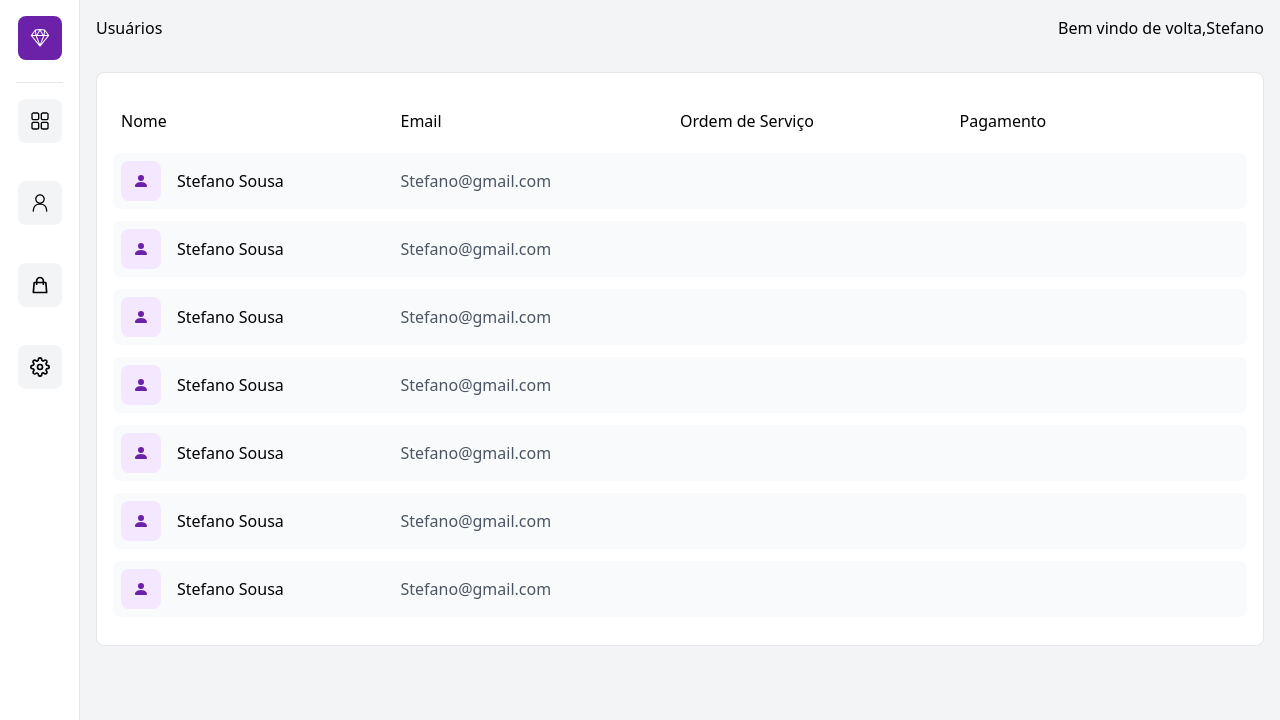
Repository: stefanosousaa/dashboard-next13
Page: /costumers
An editor plug-in stored every save of this project. The page is shown before and after the next save, followed by the edit.
The browser window is 1280 px wide. The pictures show the whole page.
The project was rebuilt for these pictures with package versions that can differ from the ones it lists, and the page was loaded fresh each time. The framework's server and built-in components were replaced by stand-ins that run in the browser. Also part of the build but not shown: next.config.js.

Above is the page before, as saved 2023-05-16 19:33:24.

After the next save:
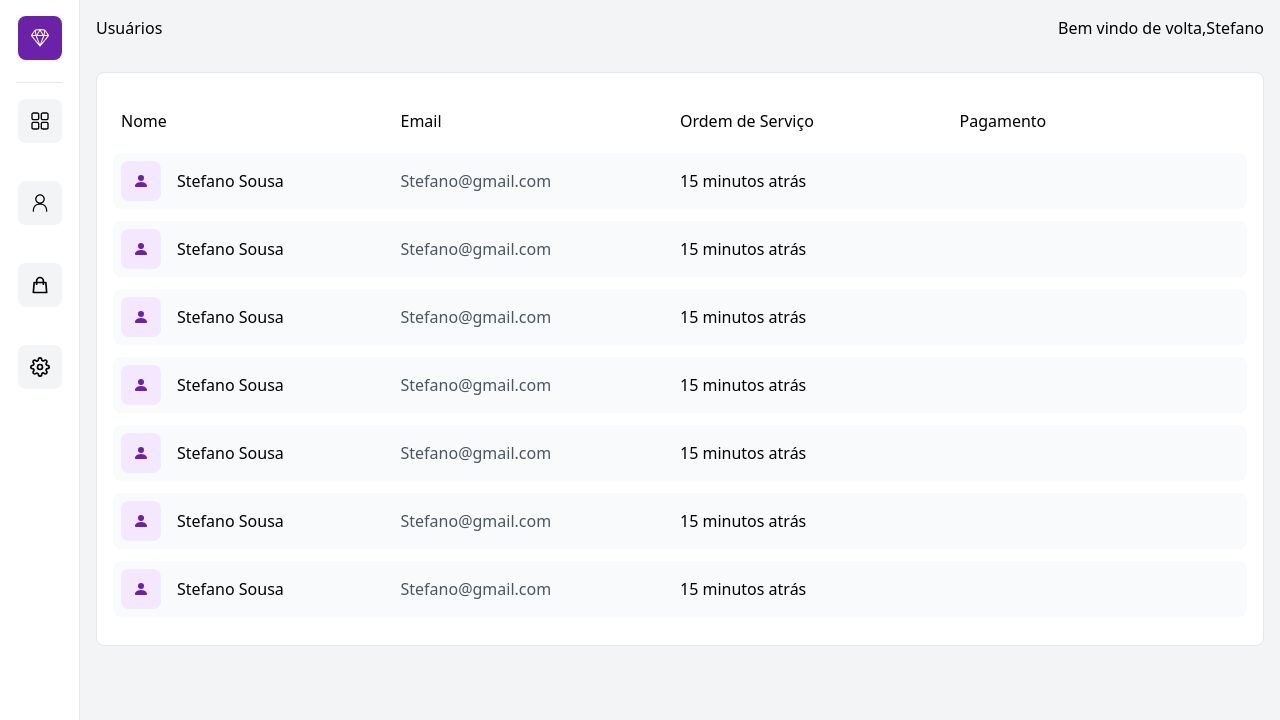
Saved 88 s later.
--- a/pages/costumers.jsx
+++ b/pages/costumers.jsx
@@ -27,7 +27,7 @@ const costumers = () => {
                            <p className='pl-4'>{order.name.first + ' ' + order.name.last}</p>
                       </div>
                       <p className='text-gray-600 sm:text-left text-right'>{order.name.first}@gmail.com</p>
-
+                      <p className='hidden md:flex'>{order.date}</p>
                     </li>
                 ))}
               </ul>
